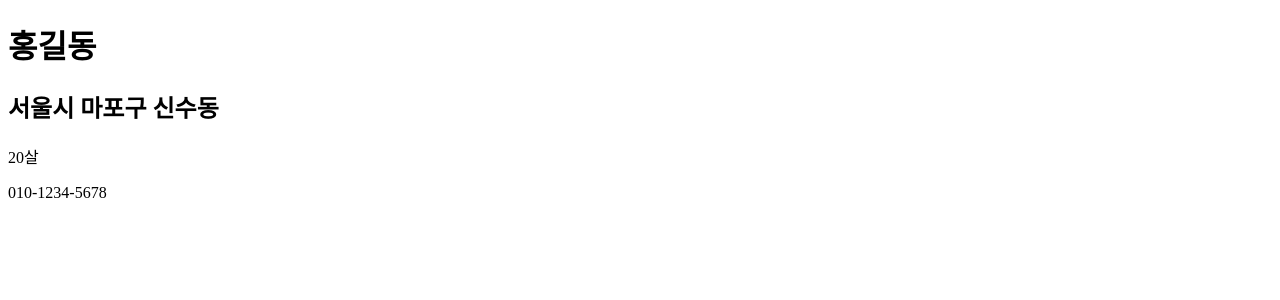
Repository: hminah0215/bitcamp
Page: http://localhost/day0217b/commentTest.jsp
An editor plug-in stored every save of this project. The page is shown before and after the next save, followed by the edit.
The browser window is 1280 px wide. The pictures show the whole page.
The page is served by Tomcat 9.

Above is the page before, as saved 2020-02-17 01:51:16.

### save_eclipse/day0217b/WebContent/commentTest.jsp
<%@ page language="java" contentType="text/html; charset=UTF-8"
    pageEncoding="UTF-8"%>
<!DOCTYPE html>
<html>
<head>
<meta charset="UTF-8">
<title>Insert title here</title>
</head>
<body>
	<%
		String name = "홍길동";
		out.println("<h1>"+name+"</h1>");
		String addr = "서울시 마포구 신수동";
		out.println("<h2>"+addr+"</h2>");
	%>

	<p>20살</p>
	<p>010-1234-5678</p>
</body>
</html>

After the next save:
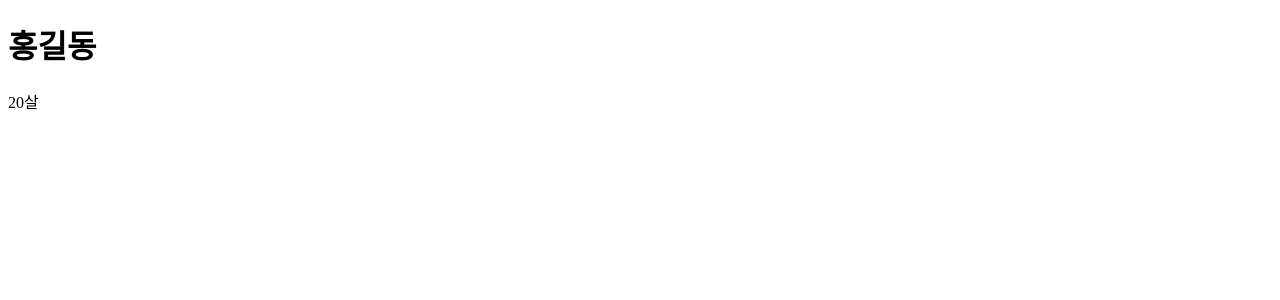
Saved 107 s later.
--- a/save_eclipse/day0217b/WebContent/commentTest.jsp
+++ b/save_eclipse/day0217b/WebContent/commentTest.jsp
@@ -10,11 +10,11 @@
 	<%
 		String name = "홍길동";
 		out.println("<h1>"+name+"</h1>");
-		String addr = "서울시 마포구 신수동";
-		out.println("<h2>"+addr+"</h2>");
+//		String addr = "서울시 마포구 신수동";
+//		out.println("<h2>"+addr+"</h2>");
 	%>
 
 	<p>20살</p>
-	<p>010-1234-5678</p>
+<!-- <p>010-1234-5678</p> -->
 </body>
 </html>
